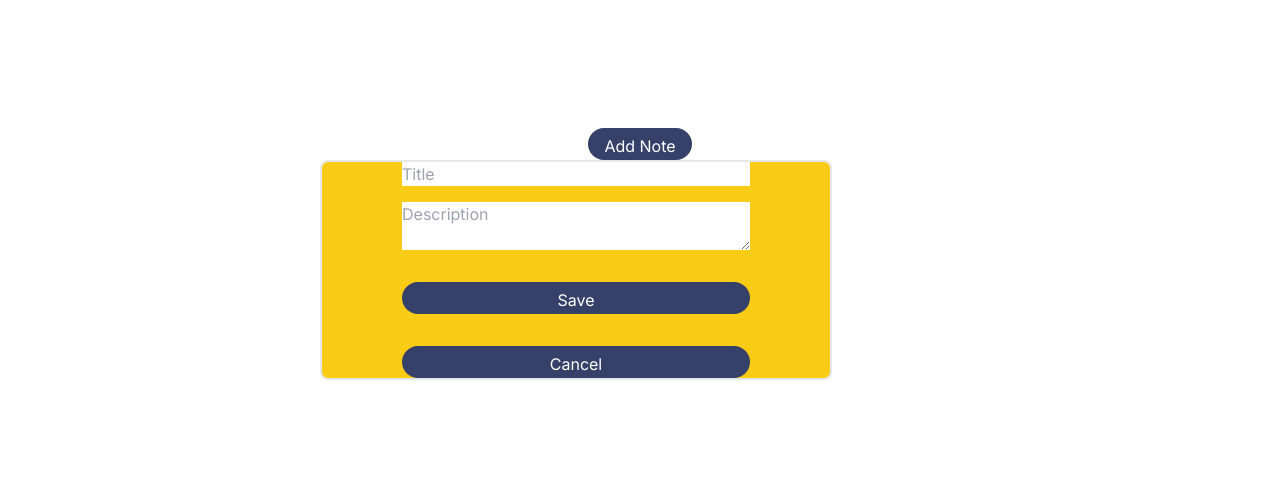
Repository: drumsmanku/next-and-nest-note-taker
Page: / (app in client/), after clicking the first element matching `button.px-4`
The author's editor kept a copy of each file at every save. The page is drawn from the files as they stood at one save, then again after the next save.
The browser window is 1280 px wide. The pictures show the whole page.
The page's requests for data from a server got no answer. The project was rebuilt for these pictures with package versions that can differ from the ones it lists, and the page was loaded fresh each time. The framework's server and built-in components were replaced by stand-ins that run in the browser. No one was signed in, and anything a server would have sent is missing. Also part of the build but not shown: client/next.config.mjs.

Above is the page before, as saved 2024-03-14 12:45:06.

After the next save:
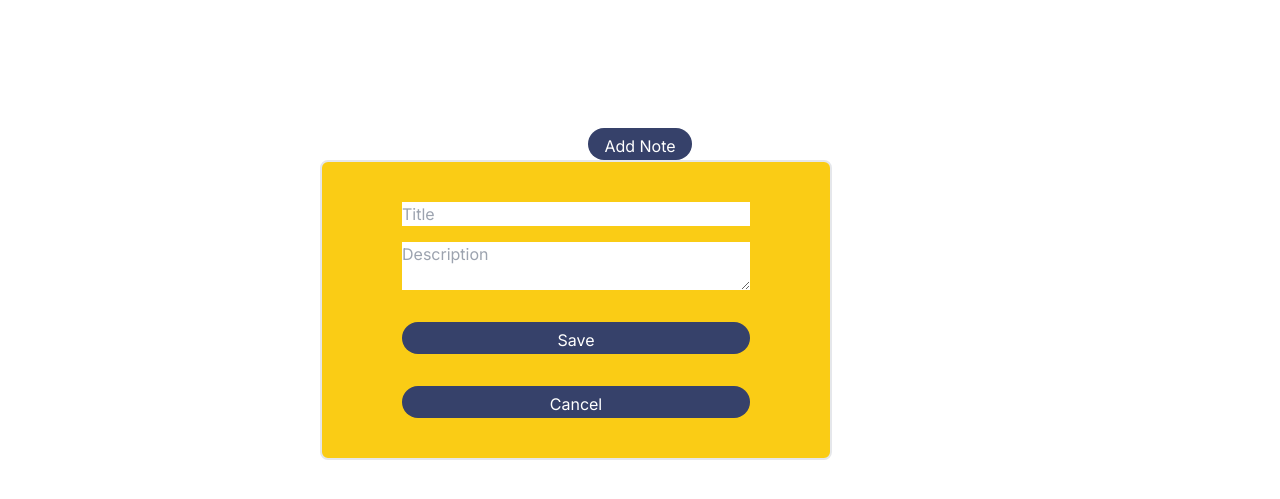
Saved 2 min 51 s later.
--- a/client/app/components/NotesComponent.tsx
+++ b/client/app/components/NotesComponent.tsx
@@ -77,7 +77,7 @@ const NotesComponent: React.FC = () => {
       <button className="px-4 py-1.5 text-white h-8 text-md rounded-full border-none bg-[#36416A] mt-8" onClick={() => setShowCreatePopup(true)}>Add Note</button>
       <div className='flex flex-col w-[50%]'>
         {showCreatePopup && (
-          <div className='flex flex-col w-[80%] border-2 rounded-lg  bg-yellow-400 px-20'>
+          <div className='flex flex-col w-[80%] border-2 rounded-lg  bg-yellow-400 px-20 py-10'>
             <input
               type="text"
               placeholder="Title"
